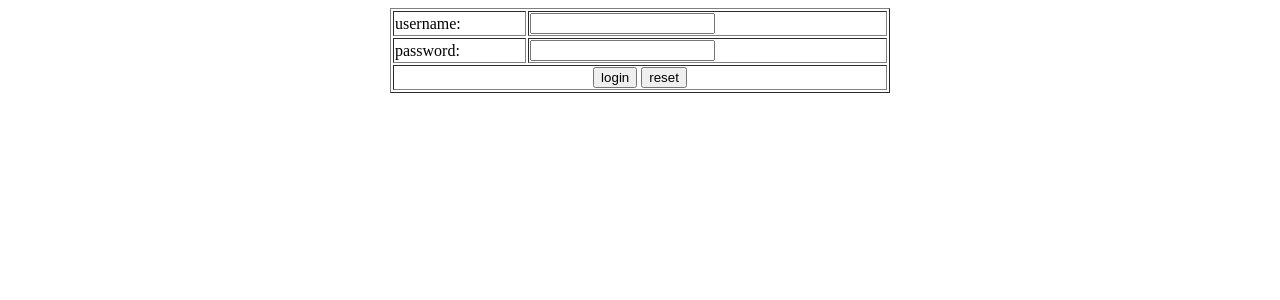
Repository: Aimee888/STSProject20220926
Page: http://localhost/Demo/pages/login.jsp
These files come from the project's save history. The page is drawn as it stood at one moment and after the next save; the edit follows.
The browser window is 1280 px wide. The pictures show the whole page.
The page is served by Tomcat 9. Nobody is signed in. The application's start-up code is not run.

Above is the page before, as saved 2022-09-26 03:25:14.

After the next save:
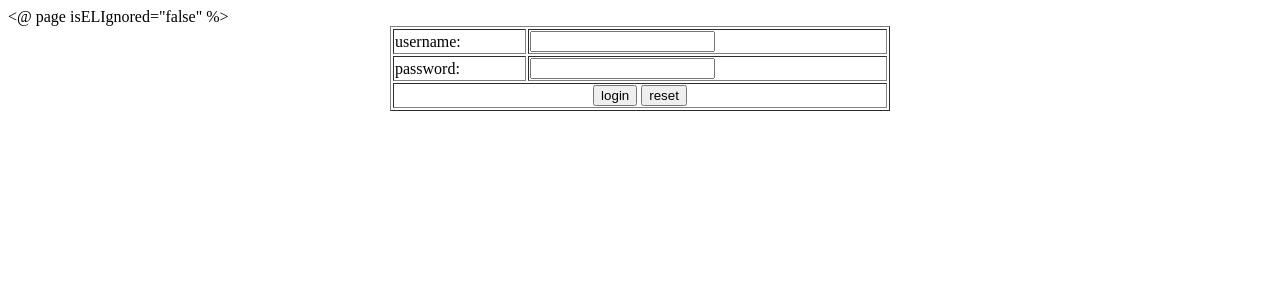
Saved 7 min 20 s later.
--- a/STSWorkSpace2/Demo/src/main/webapp/pages/login.jsp
+++ b/STSWorkSpace2/Demo/src/main/webapp/pages/login.jsp
@@ -1,5 +1,6 @@
 <%@ page language="java" contentType="text/html; charset=ISO-8859-1"
     pageEncoding="ISO-8859-1"%>
+<@ page isELIgnored="false" %>
 <!DOCTYPE html>
 <html>
 <head>

After the save that followed:
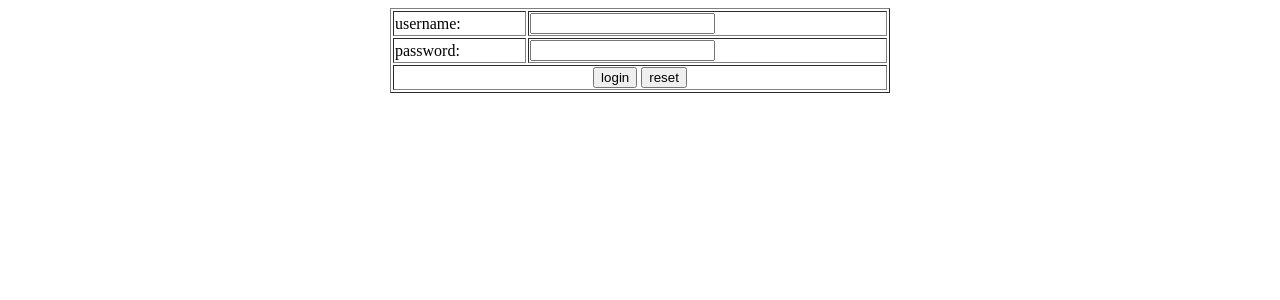
Saved 12 s later.
--- a/STSWorkSpace2/Demo/src/main/webapp/pages/login.jsp
+++ b/STSWorkSpace2/Demo/src/main/webapp/pages/login.jsp
@@ -1,6 +1,6 @@
 <%@ page language="java" contentType="text/html; charset=ISO-8859-1"
     pageEncoding="ISO-8859-1"%>
-<@ page isELIgnored="false" %>
+<%@ page isELIgnored="false" %>
 <!DOCTYPE html>
 <html>
 <head>
